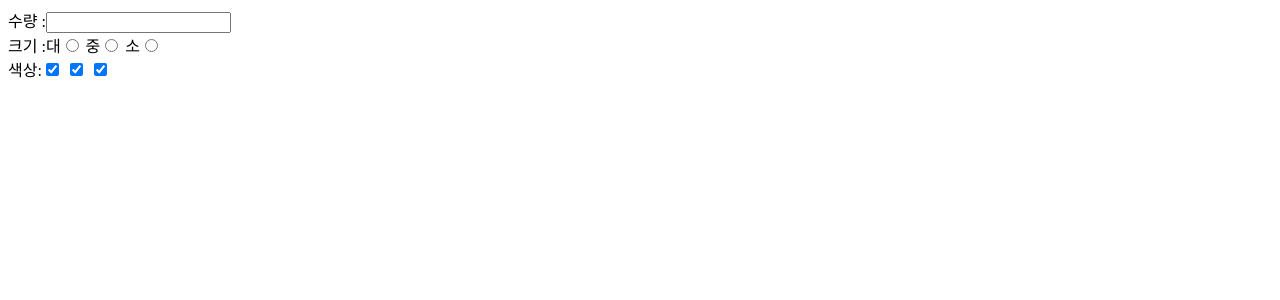
Repository: chanhooop/JSP
Page: http://localhost/NewJSP/cart_01.jsp
The author's editor kept a copy of each file at every save. The page is drawn from the files as they stood at one save, then again after the next save.
The browser window is 1280 px wide. The pictures show the whole page.
The page is served by Tomcat 9.

Above is the page before, as saved 2021-05-07 03:49:23.

### NewJSP/src/main/webapp/cart_01.jsp
<%@ page language="java" contentType="text/html; charset=UTF-8"
    pageEncoding="UTF-8"%>
<!DOCTYPE html>
<html>
<head>
<meta charset="UTF-8">
<title>Insert title here</title>
</head>
<body>

	<form action="cart_02.jsp" method="post">
		수량 :<input type="text" name="count"> <br>
		크기 :대<input type="radio" name="size" value="대">
		중<input type="radio" name="size" value="중">
		소<input type="radio" name="size" value="소"> <br>
		색상:<input type="checkbox" name="color" value="베이지" checked="checked" >
		<input type="checkbox" name="color" value="브라운" checked="checked" >
		<input type="checkbox" name="color" value="카키" checked="checked" >

	</form>

</body>
</html>

After the next save:
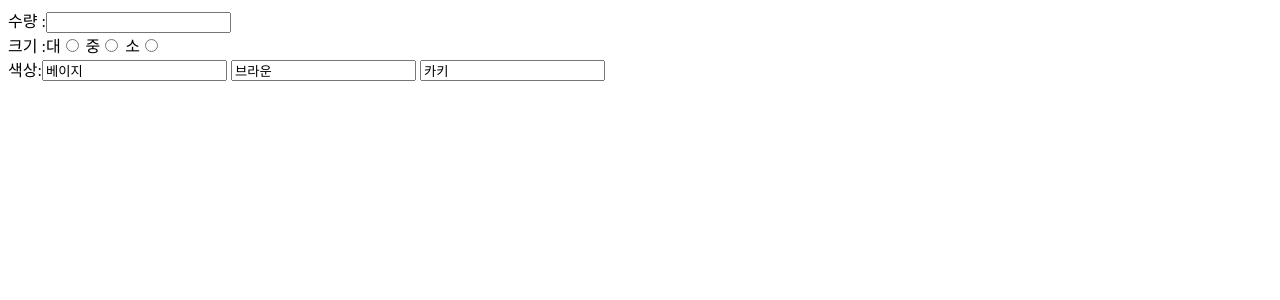
Saved 51 s later.
--- a/NewJSP/src/main/webapp/cart_01.jsp
+++ b/NewJSP/src/main/webapp/cart_01.jsp
@@ -13,9 +13,9 @@
 		크기 :대<input type="radio" name="size" value="대">
 		중<input type="radio" name="size" value="중">
 		소<input type="radio" name="size" value="소"> <br>
-		색상:<input type="checkbox" name="color" value="베이지" checked="checked" >
-		<input type="checkbox" name="color" value="브라운" checked="checked" >
-		<input type="checkbox" name="color" value="카키" checked="checked" >
+		색상:<input type="select" name="color" value="베이지" checked="checked" >
+		<input type="select" name="color" value="브라운" checked="checked" >
+		<input type="select" name="color" value="카키" checked="checked" >
 
 	</form>
 
